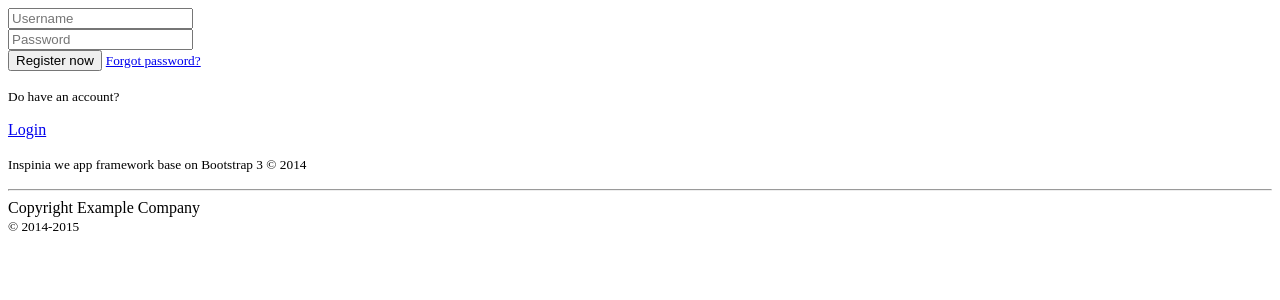
Repository: ndmq03102002/crud_laravel
Page: resources/views/admin/register.blade.php
These files come from the project's save history. The page is drawn as it stood at one moment and after a run of saves; the edit follows.
The browser window is 1280 px wide. The pictures show the whole page.
The page is served by the project's Laravel application, run on PHP 8.4 with Laravel 10. Other server files are loaded and not shown. The template is opened directly, without the code that normally fills it, so the values that code supplies are empty.

Above is the page before, as saved 2024-07-11 11:18:22.

### routes/web.php
<?php

use App\Http\Controllers\HomeController;
use App\Http\Controllers\AdminController;
use Illuminate\Support\Facades\Route;

/*
|--------------------------------------------------------------------------
| Web Routes
|--------------------------------------------------------------------------
|
| Here is where you can register web routes for your application. These
| routes are loaded by the RouteServiceProvider and all of them will
| be assigned to the "web" middleware group. Make something great!
|
*/

Route::group(['prefix' => ''], function () {
    Route::get('/', [HomeController::class, 'index'])->name('home.index');
});

Route::get('/admin/login', [AdminController::class, 'login'])->name('admin.login');
Route::post('/admin/login', [AdminController::class, 'Checklogin']);
Route::get('/admin/register', [AdminController::class, 'login'])->name('admin.register');
Route::post('/admin/register', [AdminController::class, 'Checkregister']);


Route::group(['prefix' => 'admin', 'middleware'=>'auth'], function () {
    Route::get('/', [AdminController::class, 'index'])->name('admin.index');
});

### resources/views/admin/register.blade.php
<!DOCTYPE html>
<html>

<head>

    <meta charset="utf-8">
    <meta name="viewport" content="width=device-width, initial-scale=1.0">

    <title>INSPINIA | Login 2</title>

    <link href="backend/css/bootstrap.min.css" rel="stylesheet">
    <link href="backend/font-awesome/css/font-awesome.css" rel="stylesheet">
    <link href="backend/css/animate.css" rel="stylesheet">
    <link href="backend/css/style.css" rel="stylesheet">

</head>

<body class="gray-bg">

    <div class="loginColumns animated fadeInDown">
        <div class="row">


            <div class="col-md-6">
                <div class="ibox-content">

                    <form class="m-t" role="form" action="" method = "post">
                        @csrf
                        <div class="form-group">
                            <input type="email" class="form-control" name = "email" placeholder="Username" required="">
                        </div>
                        <div class="form-group">
                            <input type="password" class="form-control" name="password" placeholder="Password" required="">
                        </div>
                        <button type="submit" class="btn btn-primary block full-width m-b">Register now</button>

                        <a href="#">
                            <small>Forgot password?</small>
                        </a>

                        <p class="text-muted text-center">
                            <small>Do have an account?</small>
                        </p>
                        <a class="btn btn-sm btn-white btn-block" href="{{route('admin.login')}}">Login</a>
                    </form>
                    <p class="m-t">
                        <small>Inspinia we app framework base on Bootstrap 3 &copy; 2014</small>
                    </p>
                </div>
            </div>
        </div>
        <hr/>
        <div class="row">
            <div class="col-md-6">
                Copyright Example Company
            </div>
            <div class="col-md-6 text-right">
               <small>© 2014-2015</small>
            </div>
        </div>
    </div>

</body>

</html>

After the next 3 saves:
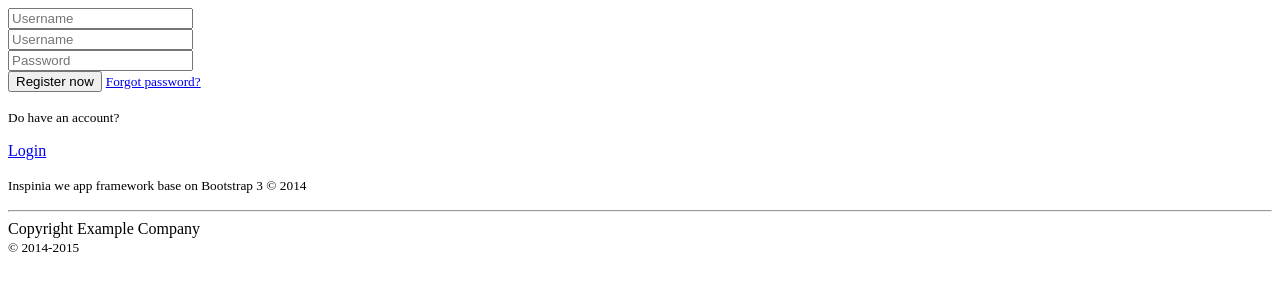
The 3 saves are shown as one change because they came seconds apart.
The last was saved 17 s later.
--- a/resources/views/admin/register.blade.php
+++ b/resources/views/admin/register.blade.php
@@ -26,6 +26,9 @@
 
                     <form class="m-t" role="form" action="" method = "post">
                         @csrf
+                        <div class="form-group">
+                            <input type="name" class="form-control" name = "name" placeholder="Username" required="">
+                        </div>
                         <div class="form-group">
                             <input type="email" class="form-control" name = "email" placeholder="Username" required="">
                         </div>
